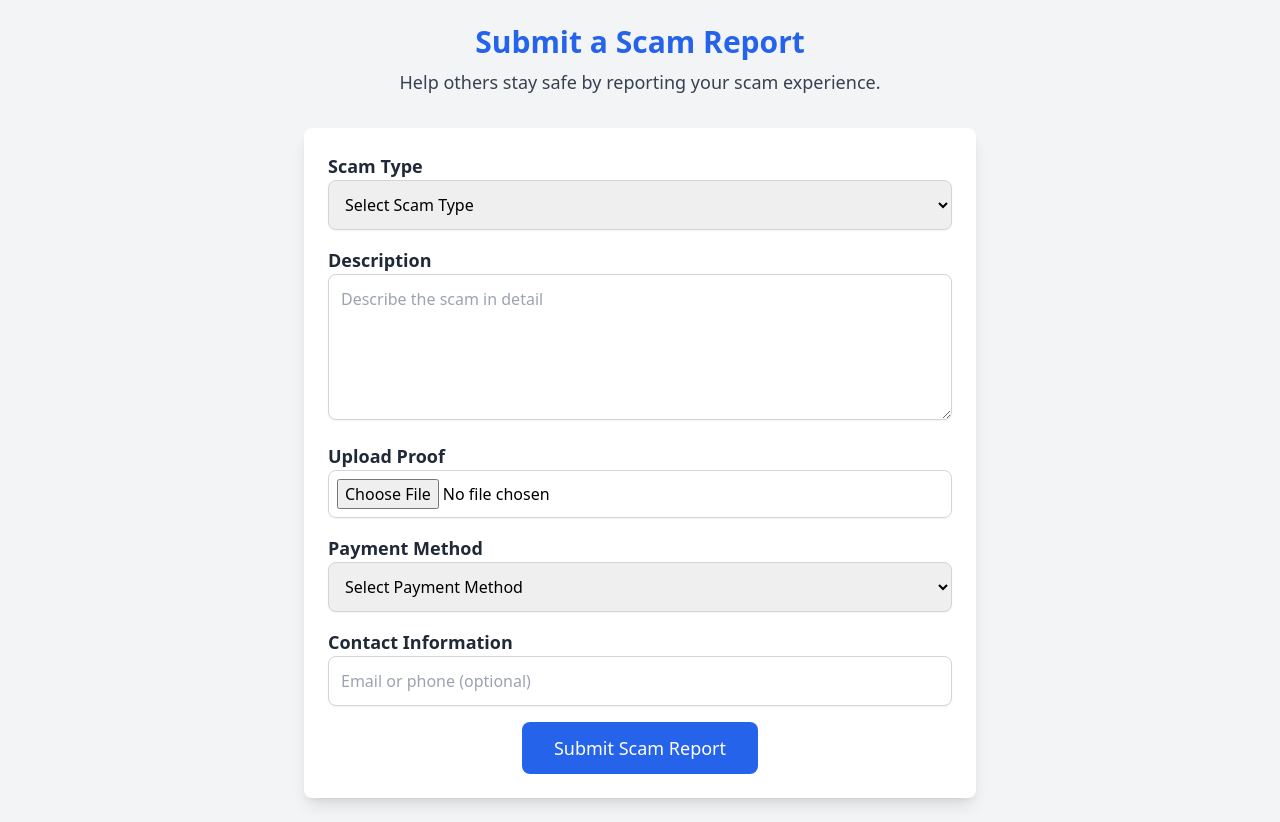
Repository: dev-athar/protarok
Page: /submit-scam
An editor plug-in stored every save of this project. The page is shown before and after the next save, followed by the edit.
The browser window is 1280 px wide. The pictures show the whole page.
The project was rebuilt for these pictures with package versions that can differ from the ones it lists, and the page was loaded fresh each time. Also part of the build but not shown: vite.config.ts, src/pages/HomePage.tsx, src/pages/SearchResultsPage.tsx.

Above is the page before, as saved 2024-12-29 12:50:43.

### src/main.tsx
import { StrictMode } from "react";
import { createRoot } from "react-dom/client";
import "./index.css";
// import "./styles.css";
import App from "./App.tsx";

createRoot(document.getElementById("root")!).render(
  <StrictMode>
    <App />
  </StrictMode>
);

### src/App.tsx
// src/App.js
import { BrowserRouter as Router, Routes, Route } from "react-router-dom";
import HomePage from "./pages/HomePage";
import SearchResultsPage from "./pages/SearchResultsPage";
import SubmitScamPage from "./pages/SubmitScamPage";

function App() {
  return (
    <Router>
      <Routes>
        <Route path="/" element={<HomePage />} />
        <Route path="/search" element={<SearchResultsPage />} />
        <Route path="/submit-scam" element={<SubmitScamPage />} />
      </Routes>
    </Router>
  );
}

export default App;

### src/pages/SubmitScamPage.tsx
// src/pages/SubmitScamPage.js
import { useState } from "react";

const SubmitScamPage = () => {
  const [formData, setFormData] = useState({
    scamType: "",
    description: "",
    proof: null,
    contactInfo: "",
    paymentMethod: "", // Added field
  });
  const [isSubmitted, setIsSubmitted] = useState(false);

  const handleChange = (e) => {
    const { name, value } = e.target;
    setFormData((prev) => ({
      ...prev,
      [name]: value,
    }));
  };

  const handleFileChange = (e) => {
    setFormData((prev) => ({
      ...prev,
      proof: e.target.files[0],
    }));
  };

  const handleSubmit = (e) => {
    e.preventDefault();
    // Mock submission logic; replace with your Firebase or backend logic
    console.log("Form Submitted", formData);

    // Reset form and show confirmation message
    setFormData({
      scamType: "",
      description: "",
      proof: null,
      contactInfo: "",
      paymentMethod: "", // Added field
    });
    setIsSubmitted(true);

    // Hide confirmation message after a timeout
    setTimeout(() => setIsSubmitted(false), 5000);
  };

  return (
    <div className="min-h-screen bg-gray-100 p-6">
      <header className="text-center mb-8">
        <h1 className="text-3xl font-bold text-blue-600">
          Submit a Scam Report
        </h1>
        <p className="text-lg text-gray-700 mt-2">
          Help others stay safe by reporting your scam experience.
        </p>
      </header>

      <div className="max-w-2xl mx-auto bg-white p-6 rounded-lg shadow-lg">
        {isSubmitted && (
          <div className="mb-4 p-4 text-green-700 bg-green-100 rounded-lg">
            Thank you! Your report has been submitted and is pending admin
            approval.
          </div>
        )}

        <form onSubmit={handleSubmit}>
          {/* Scam Type */}
          <div className="mb-4">
            <label
              htmlFor="scamType"
              className="block text-lg font-semibold text-gray-800"
            >
              Scam Type
            </label>
            <select
              id="scamType"
              name="scamType"
              value={formData.scamType}
              onChange={handleChange}
              className="w-full p-3 border border-gray-300 rounded-lg shadow-sm focus:outline-none focus:ring-2 focus:ring-blue-500"
              required
            >
              <option value="">Select Scam Type</option>
              <option value="Phone">Phone</option>
              <option value="Website">Website</option>
              <option value="Facebook">Facebook</option>
              <option value="Other">Other</option>
            </select>
          </div>

          {/* Description */}
          <div className="mb-4">
            <label
              htmlFor="description"
              className="block text-lg font-semibold text-gray-800"
            >
              Description
            </label>
            <textarea
              id="description"
              name="description"
              value={formData.description}
              onChange={handleChange}
              className="w-full p-3 border border-gray-300 rounded-lg shadow-sm focus:outline-none focus:ring-2 focus:ring-blue-500"
              rows="5"
              placeholder="Describe the scam in detail"
              required
            ></textarea>
          </div>

          {/* Proof Upload */}
          <div className="mb-4">
            <label
              htmlFor="proof"
              className="block text-lg font-semibold text-gray-800"
            >
              Upload Proof
            </label>
            <input
              type="file"
              id="proof"
              name="proof"
              accept="image/*,.pdf"
              onChange={handleFileChange}
              className="w-full p-2 border border-gray-300 rounded-lg shadow-sm focus:outline-none focus:ring-2 focus:ring-blue-500"
              required
            />
          </div>
          {/* Payment Method */}
          <div className="mb-4">
            <label
              htmlFor="paymentMethod"
              className="block text-lg font-semibold text-gray-800"
            >
              Payment Method
            </label>
            <select
              id="paymentMethod"
              name="paymentMethod"
              value={formData.paymentMethod}
              onChange={handleChange}
              className="w-full p-3 border border-gray-300 rounded-lg shadow-sm focus:outline-none focus:ring-2 focus:ring-blue-500"
              required
            >
              <option value="">Select Payment Method</option>
              <option value="Mobile Banking">Mobile Banking</option>
              <option value="bKash">bKash</option>
              <option value="Nagad">Nagad</option>
              <option value="Others">Others</option>
            </select>
          </div>

          {/* Contact Information */}
          <div className="mb-4">
            <label
              htmlFor="contactInfo"
              className="block text-lg font-semibold text-gray-800"
            >
              Contact Information
            </label>
            <input
              type="text"
              id="contactInfo"
              name="contactInfo"
              value={formData.contactInfo}
              onChange={handleChange}
              className="w-full p-3 border border-gray-300 rounded-lg shadow-sm focus:outline-none focus:ring-2 focus:ring-blue-500"
              placeholder="Email or phone (optional)"
            />
          </div>

          {/* Submit Button */}
          <div className="text-center">
            <button
              type="submit"
              className="bg-blue-600 text-white py-3 px-8 rounded-lg text-lg hover:bg-blue-700 transition duration-300"
            >
              Submit Scam Report
            </button>
          </div>
        </form>
      </div>
    </div>
  );
};

export default SubmitScamPage;

### tailwind.config.js
/** @type {import('tailwindcss').Config} */
// export default {
module.exports = {
  content: ["./index.html", "./src/**/*.{js,ts,jsx,tsx}"],
  theme: {
    extend: {},
  },
  plugins: [],
};

Loaded but not shown: index.html (common file); src/index.css (common file)

After the next save:
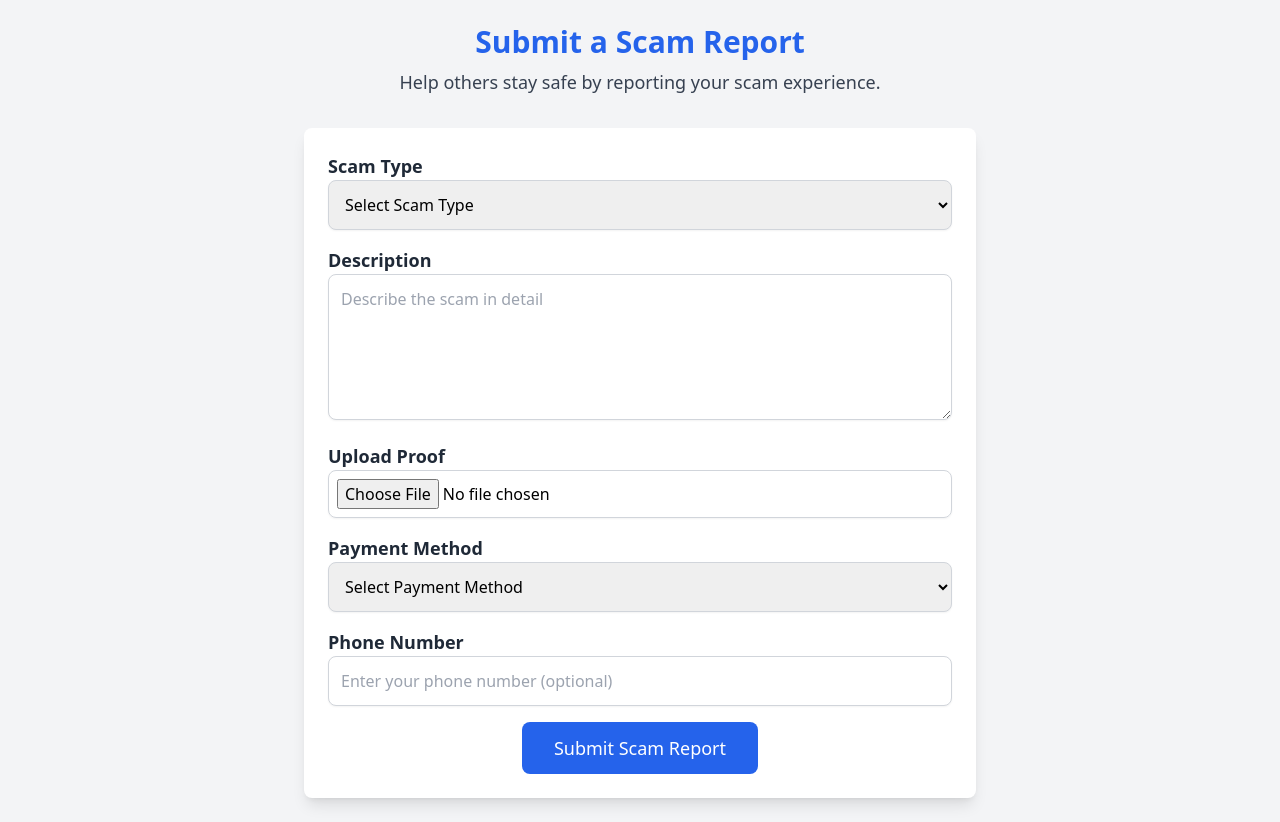
Saved 97 s later.
--- a/src/pages/SubmitScamPage.tsx
+++ b/src/pages/SubmitScamPage.tsx
@@ -151,22 +151,23 @@ const SubmitScamPage = () => {
             </select>
           </div>
 
-          {/* Contact Information */}
+          {/* Phone Number */}
           <div className="mb-4">
             <label
-              htmlFor="contactInfo"
+              htmlFor="phoneNumber"
               className="block text-lg font-semibold text-gray-800"
             >
-              Contact Information
+              Phone Number
             </label>
             <input
-              type="text"
-              id="contactInfo"
-              name="contactInfo"
-              value={formData.contactInfo}
+              type="tel"
+              id="phoneNumber"
+              name="phoneNumber"
+              value={formData.phoneNumber}
               onChange={handleChange}
               className="w-full p-3 border border-gray-300 rounded-lg shadow-sm focus:outline-none focus:ring-2 focus:ring-blue-500"
-              placeholder="Email or phone (optional)"
+              placeholder="Enter your phone number (optional)"
+              pattern="[0-9]{10,15}" // Optional: Add pattern to enforce phone number format
             />
           </div>
 
